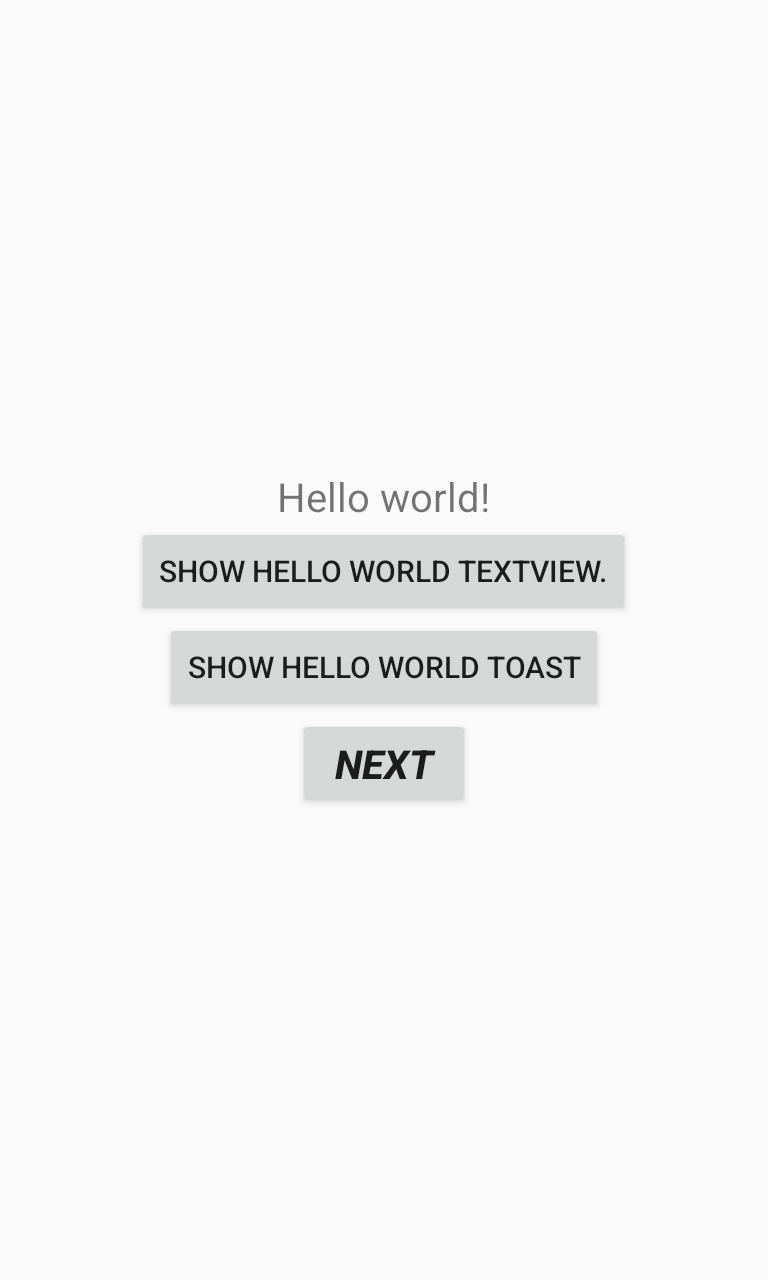
Repository: JoanneCaroll/EventHandling
Layout: EventHandling/res/layout/activity_main.xml
The author's editor kept a copy of each file at every save. The layout is drawn from the files as they stood at one save, then again after the next save.
It is drawn on a 768 x 1280 px phone screen (xhdpi) without system bars, with theme AppTheme; the app's code is not run.

Above is the layout before, as saved 2014-10-28 09:04:29.

After the next save:
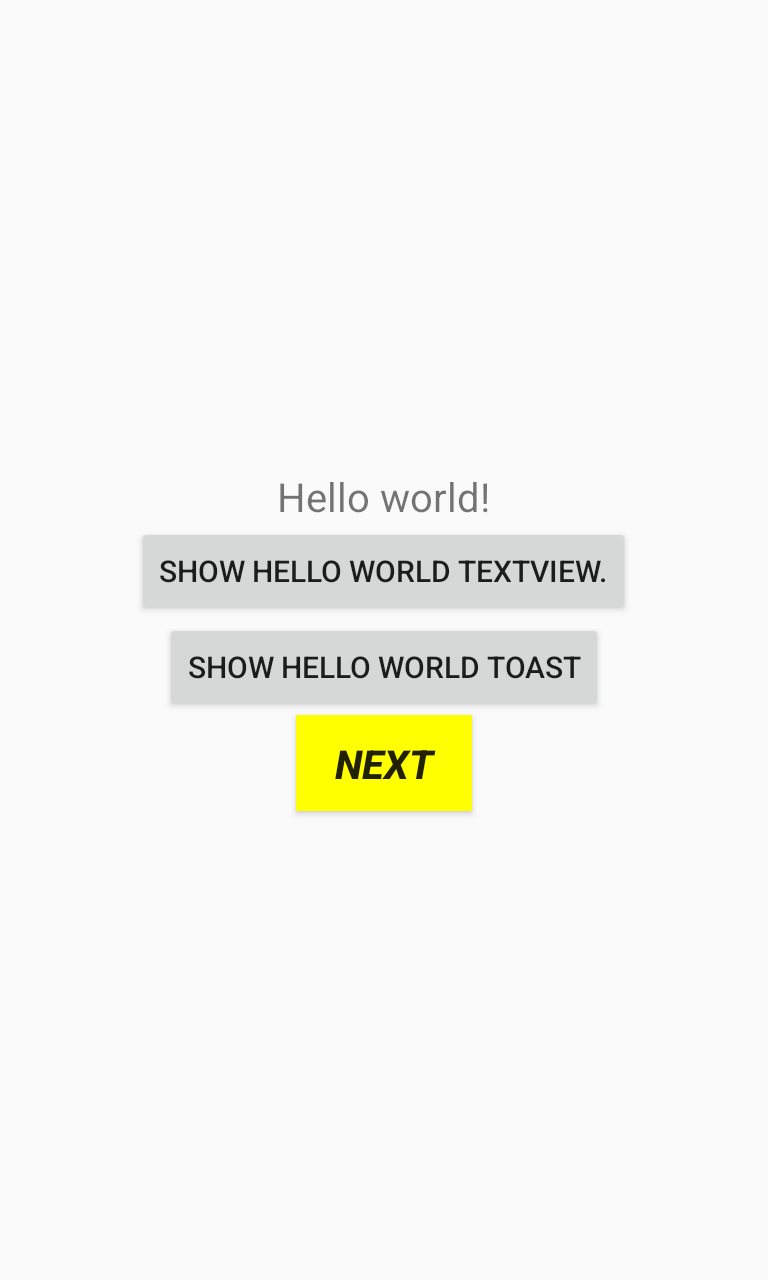
Saved 3 min 24 s later.
--- a/EventHandling/res/layout/activity_main.xml
+++ b/EventHandling/res/layout/activity_main.xml
@@ -40,6 +40,7 @@
             android:text="@string/next"
             android:textStyle="italic|bold"
             android:textSize ="20dp"
+            android:background="#ffff00"
             />
 
 </LinearLayout>
